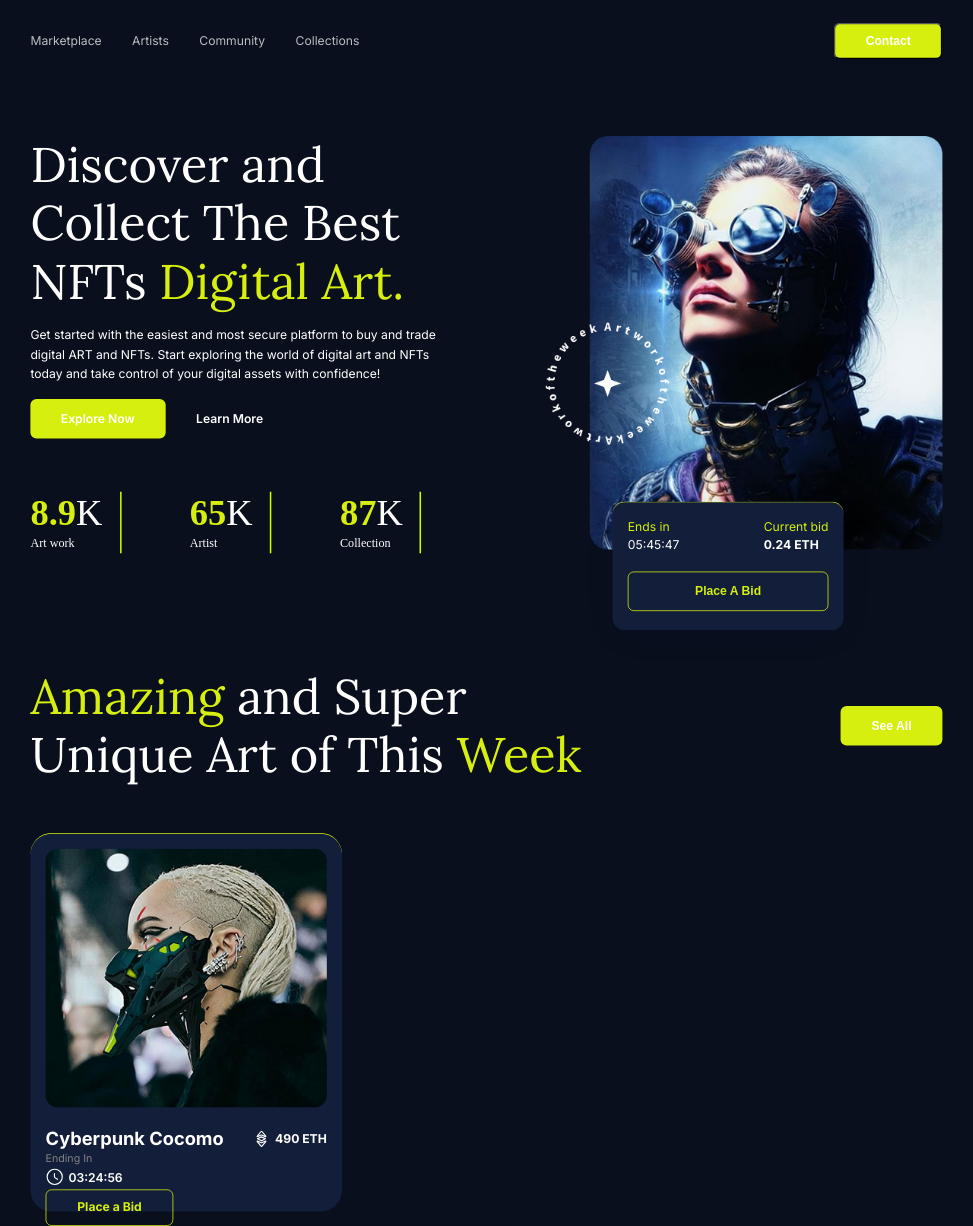
Repository: Kamron5505/NftMarketplace
Page: index.html
An editor plug-in stored every save of this project. The page is shown before and after the next save, followed by the edit.
The browser window is 1280 px wide. The pictures show the whole page, at 76% of full size.

Above is the page before, as saved 2025-07-09 14:05:44.

### index.html
<!DOCTYPE html>
<html lang="en">

<head>
    <meta charset="UTF-8">
    <meta name="viewport" content="width=device-width, initial-scale=1.0">
    <title>NFTMarketplace Landing</title>
    <link rel="stylesheet" href="./style.css">
    <link
        href="https://fonts.googleapis.com/css2?family=Inter:wght@400;600;700&family=Source+Sans+Pro:wght@400;600;700&family=Lora:wght@400;700&display=swap"
        rel="stylesheet">

</head>

<body>
    <header class="header">
        <div class="container">
            <nav class="nav">
                <ul class="nav-list">
                    <li class="nav-item"><a href="#" class="nav-link">Marketplace</a></li>
                    <li class="nav-item"><a href="#" class="nav-link">Artists</a></li>
                    <li class="nav-item"><a href="#" class="nav-link">Community</a></li>
                    <li class="nav-item"><a href="#" class="nav-link">Collections</a></li>
                </ul>
                <button class="header-contact-btn">Contact</button>
            </nav>
        </div>
    </header>
    <main class="main">
        <section class="nft-section">
            <div class="container">
                <div class="nft-wrapper">
                    <div class="content-left">
                        <h1 class="title">
                            Discover and <br>
                            Collect The Best <br>
                            NFTs <span class="highlight"> Digital Art.</span>
                        </h1>

                        <p class="description">
                            Get started with the easiest and most secure platform to buy and trade digital ART and NFTs.
                            Start exploring the world of digital art and NFTs today and take control of your digital
                            assets with confidence!
                        </p>

                        <div class="buttons">
                            <a href="#" class="btn btn-primary">Explore Now</a>
                            <a href="#" class="btn btn-secondary">Learn More</a>
                        </div>

                        <div class="stats">
                            <div class="stat">
                                <div class="number">8.9<span class="note">K</span></div>
                                <div class="label">Art work</div>
                            </div>
                            <div class="stat">
                                <div class="number">65<span class="note">K</span></div>
                                <div class="label">Artist</div>
                            </div>
                            <div class="stat">
                                <div class="number">87<span class="note">K</span></div>
                                <div class="label">Collection</div>
                            </div>
                        </div>
                    </div>
                    <div class="content-right">
                        <div class="header-image">
                            <img src="./images/main-header-img.png" alt="NFT Image" class="hero-image">
                            <img src="./images/circle.png" alt="" class="circle-image">
                        </div>
                        <div class="nft-card">
                            <div class="nft-card__info">
                                <div class="nft-card__timer">
                                    <span class="value ">Ends in</span>
                                    <span class="nft-note">05:45:47</span>
                                </div>
                                <div class="nft-card__bid">
                                    <span class="value ">Current bid</span>
                                    <span class="nft-card__note">0.24 ETH</span>
                                </div>
                                <button href="#" class="nft-card__btn nft-card__btn--bid">Place A Bid</button>
                            </div>
                        </div>
                    </div>
                </div>
            </div>
        </section>
        <section class="art-section">
            <div class="container">
                <div class="art-section__header">
                    <h2 class="art-section__title">
                        <span class="text-highlight">Amazing</span>
                        and Super <br>
                        Unique Art of This
                        <span class="text-highlight">Week</span>
                    </h2>
                    <button href="#" class="art-section__btn-view-all">See All</button>
                </div>
                <div class="art-section__cards">
                    <div class="art-card">
                        <img src="./images/Cyberpunk Cocomo 490ETH.png" alt="Cyberpunk Cocomo"
                            class="art-card__image" />
                        <div class="art-card-name">
                            <h3 class="art-card__title">Cyberpunk Cocomo</h3>

                            <div class="art-card-price-wrapper">
                                <svg width="24" height="25" viewBox="0 0 24 25" fill="none"
                                    xmlns="http://www.w3.org/2000/svg">
                                    <path
                                        d="M6.90001 9.6L11.7 7.5C11.9 7.4 12.1 7.4 12.4 7.5L17.2 9.6C17.6 9.8 18 9.3 17.7 8.9L12.7 2.8C12.4 2.4 11.8 2.4 11.5 2.8L6.50001 8.9C6.10001 9.3 6.50001 9.8 6.90001 9.6Z"
                                        stroke="white" stroke-width="1.5" stroke-miterlimit="10" stroke-linecap="round"
                                        stroke-linejoin="round" />
                                    <path
                                        d="M6.90001 15.4L11.7 17.5C11.9 17.6 12.1 17.6 12.4 17.5L17.2 15.4C17.6 15.2 18 15.7 17.7 16.1L12.7 22.2C12.4 22.6 11.8 22.6 11.5 22.2L6.50001 16.1C6.10001 15.7 6.50001 15.2 6.90001 15.4Z"
                                        stroke="white" stroke-width="1.5" stroke-miterlimit="10" stroke-linecap="round"
                                        stroke-linejoin="round" />
                                    <path d="M12 9.90002L6.79999 12.5L12 15.1L17.2 12.5L12 9.90002Z" stroke="white"
                                        stroke-width="1.5" stroke-miterlimit="10" stroke-linecap="round"
                                        stroke-linejoin="round" />
                                </svg>
                                <p class="art-card__price">490 ETH</p>
                            </div>
                        </div>

                        <div class="art-card__info">
                            <div class="art-card__time">
                                <p class="art-card__time__ending">Ending In</p>
                                <div class="art-card__time-value">
                                    <i class="icon-clock">
                                        <svg width="24" height="25" viewBox="0 0 24 25" fill="none"
                                            xmlns="http://www.w3.org/2000/svg">
                                            <path
                                                d="M22 12.5C22 18.02 17.52 22.5 12 22.5C6.48 22.5 2 18.02 2 12.5C2 6.98 6.48 2.5 12 2.5C17.52 2.5 22 6.98 22 12.5Z"
                                                stroke="white" stroke-width="1.5" stroke-linecap="round"
                                                stroke-linejoin="round" />
                                            <path
                                                d="M15.71 15.68L12.61 13.83C12.07 13.51 11.63 12.74 11.63 12.11V8.01001"
                                                stroke="white" stroke-width="1.5" stroke-linecap="round"
                                                stroke-linejoin="round" />
                                        </svg>
                                    </i>
                                    <span>03:24:56</span>
                                </div>
                                <button href="#" class="art-card__btn-bid">Place a Bid</button>
                            </div>
                        </div>

                    </div>
                </div>

            </div>
        </section>
    </main>
</body>

</html>

### style.css
* {
    margin: 0;
    padding: 0;
    text-decoration: none;
    list-style: none;
    box-sizing: border-box;
}


body {
    background: #090f1d;
    color: #fffffd;
}

:root {
    --font-family: "Inter", sans-serif;
    --second-family: "Source Sans Pro", sans-serif;
    --third-family: "Lora", serif;
}

h1,
h2,
h3,
h4,
h5,
h6 {
    font-family: "Lora", serif;
    font-weight: 500;
    font-size: 64px;
    line-height: 120%;
    color: #fffffd;
}

.highlight {
    color: #d6ef0e;
}

.header {
    margin-top: 30px;
    font-family: "Inter", sans-serif;
}

.container {
    width: 1200px;
    margin: 0 auto;
}

.nav {
    display: flex;
    align-items: center;
    justify-content: space-between;
}

.nav-list {
    display: flex;
    gap: 40px;
}

.nav-link {
    font-weight: 400;
    font-size: 16px;
    line-height: 160%;
    color: rgba(255, 255, 253, 0.72);
}

.nav-link:hover {
    border-bottom: 1px solid #d6ef0e;
    width: 94px;
    height: 26px;
    transition: all 0.3s ease;
}

.header-contact-btn {
    background: #d6ef0e;
    border-radius: 8px;
    padding: 12px 40px;
    width: 143px;
    height: 48px;
    font-weight: 700;
    font-size: 16px;
    line-height: 120%;
    color: #fff;
}

.nft-section {
    margin-top: 100px;
}

.nft-wrapper {
    display: flex;
    align-items: center;
    justify-content: space-between;
}

.description {
    font-family: "Inter", sans-serif;
    font-weight: 400;
    font-size: 16px;
    width: 544px;
    line-height: 160%;
    color: #fffffd;
    margin-top: 20px;
}

.buttons {
    display: flex;
    gap: 40px;
    align-items: center;
    margin-top: 20px;
}

.btn {
    font-family: "Inter", sans-serif;
    font-weight: 600;
    font-size: 16px;
    color: #fff;
}

.btn-primary {
    display: flex;
    align-items: center;
    line-height: 120%;
    border-radius: 8px;
    padding: 12px 40px;
    width: 178px;
    height: 52px;
    background: #d6ef0e;
}

.stats {
    display: flex;
    gap: 90px;
    margin-top: 70px;
    color: white;
}

.stat {
    display: flex;
    flex-direction: column;
    position: relative;
    padding-right: 25px;
}

.stat::after {
    content: "";
    position: absolute;
    top: 0;
    bottom: 0;
    right: 0;
    width: 2px;
    background-color: #ccff00;
}

.stat:last-child {
    padding-right: 24px;
}

.number {
    font-family: ;
    font-size: 48px;
    font-weight: bold;
    color: #d6ef0e;
}

.note {
    font-weight: normal;
    color: white;
}

@keyframes spin {
    from {
        transform: rotate(0deg);
    }

    to {
        transform: rotate(360deg);
    }
}

.circle-image {
    position: absolute;
    right: 355px;
    top: 240px;
    animation: spin 20s linear infinite;
}

.label {
    font-weight: 400;
    font-size: 16px;
    line-height: 160%;
    color: white;
}

.header-image {
    position: relative;
}

.circle-image {
    position: absolute;
    right: 355px;
    top: 240px;
}

.nft-card {
    position: absolute;
    top: 660px;
    right: 170px;
    border-top: 1px solid #d6ef0e;
    border-radius: 16px;
    padding: 20px;
    width: 304px;
    height: 169px;
    box-shadow: 0 9px 50px 0 rgba(23, 36, 65, 0.04);
    background: #131e3a;
}

.nft-card__info {
    display: flex;
    flex-wrap: wrap;
    justify-content: space-between;
    font-family: "Inter", sans-serif;

}

.nft-card__timer,
.nft-card__bid {
    display: flex;
    flex-direction: column;
}

.value {
    font-weight: 400;
    font-size: 16px;
    line-height: 160%;
    color: #d6ef0e;
}

.nft-card__note {
    font-weight: 700;
    font-size: 16px;
    line-height: 120%;
    color: #fffffd;
}

.nft-card__btn {
    border: 1px solid #d6ef0e;
    border-radius: 8px;
    padding: 12px 40px;
    width: 264px;
    background: transparent;
    height: 52px;
    margin-top: 25px;
    font-weight: 700;
    font-size: 16px;
    line-height: 120%;
    color: #d6ef0e;
}

.art-section {
    margin-top: 150px;
    font-family: "Inter", sans-serif;

}

.art-section__header {
    display: flex;
    justify-content: space-between;
    align-items: center;
}


.text-highlight {
    color: #d6ef0e;

}

.art-section__btn-view-all {
    font-weight: 700;
    font-size: 16px;
    line-height: 120%;
    color: #fff;
    border-radius: 8px;
    padding: 12px 40px;
    width: 134px;
    height: 52px;
    background: #d6ef0e;
    border: none;
}

.art-section__cards {
    margin-top: 65px;
}

.art-card-price-wrapper {
    display: flex;
    align-items: center;
    gap: 6px;
}

.art-card {
    border-top: 1px solid #d6ef0e;
    border-radius: 28px;
    padding: 20px;
    width: 410px;
    height: 498px;
    background: #131e3a;
}

.art-card__time__ending {
    font-weight: 400;
    font-size: 14px;
    line-height: 160%;
    color: #838382;
}

.art-card__time-value {
    display: flex;
    align-items: center;
    gap: 6px;
    /* или 0, если без отступа */
}

.art-card__time-value span {
    font-family: "Inter", sans-serif;
    font-size: 16px;
    padding-bottom: 3px;
    font-weight: 600;
    color: #fffffd;
}

.art-card__image {}

.art-card-name {
    display: flex;
    align-items: center;
    justify-content: space-between;
    padding-top: 23px;

}

.art-card__title {
    font-family: "Inter", sans-serif;
    font-weight: 700;
    font-size: 24px;
    line-height: 120%;
    color: #fffffd;
}

.art-card__info {}

.art-card__time {}


.art-card__price {
    font-family: "Inter", sans-serif;
    font-weight: 700;
    font-size: 16px;
    line-height: 120%;
    color: #fffffd;
}

.art-card__btn-bid {
    font-family: "Inter", sans-serif;
    border: 1px solid #d6ef0e;
    background: transparent;
    border-radius: 8px;
    padding: 12px 40px;
    width: 168px;
    height: 48px;
    font-weight: 700;
    font-size: 16px;
    line-height: 120%;
    color: #d6ef0e;
}

After the next save:
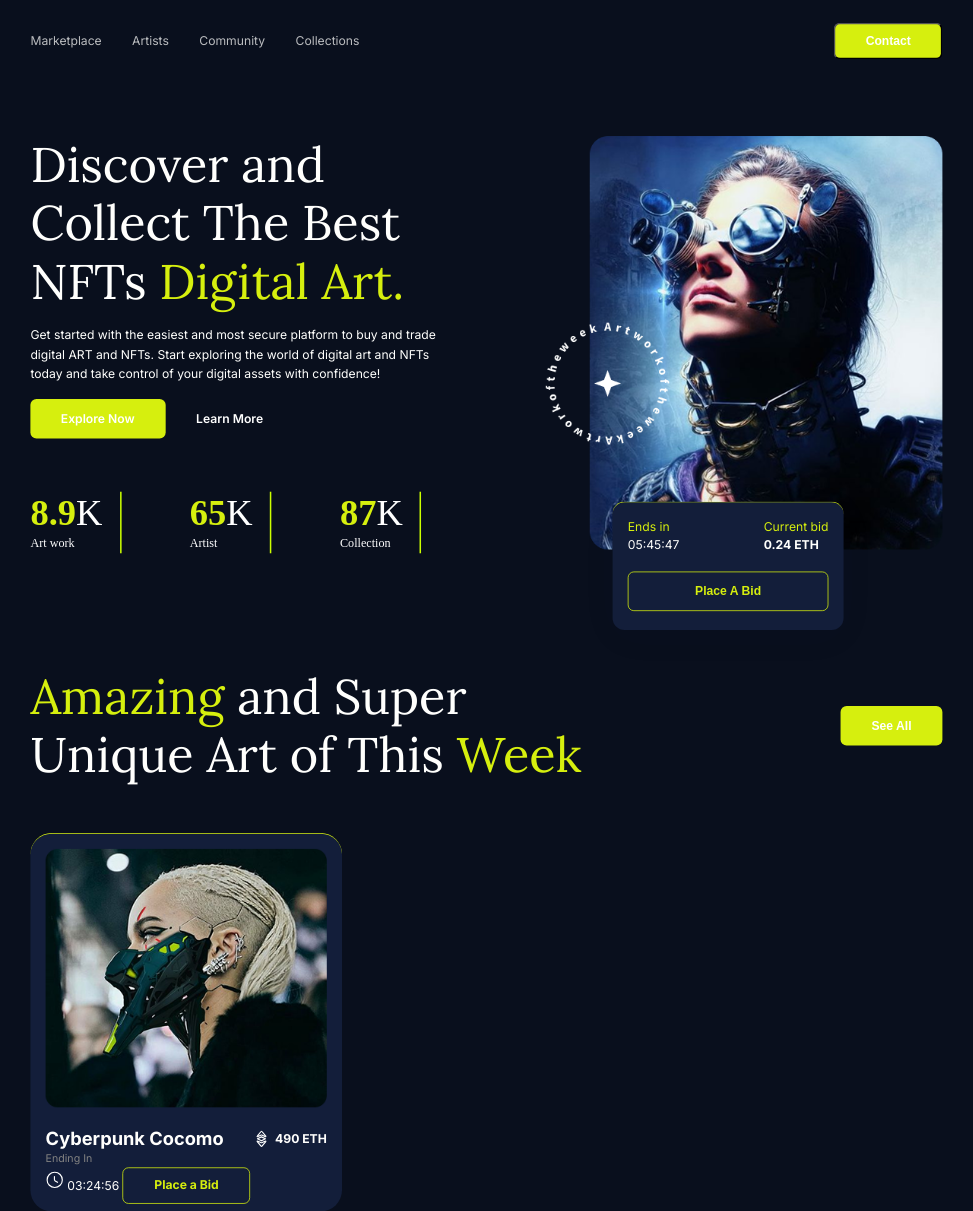
Saved 62 s later.
--- a/index.html
+++ b/index.html
@@ -125,7 +125,7 @@
                         <div class="art-card__info">
                             <div class="art-card__time">
                                 <p class="art-card__time__ending">Ending In</p>
-                                <div class="art-card__time-value">
+                                <div class="art-card__time-row">
                                     <i class="icon-clock">
                                         <svg width="24" height="25" viewBox="0 0 24 25" fill="none"
                                             xmlns="http://www.w3.org/2000/svg">
@@ -140,10 +140,11 @@
                                         </svg>
                                     </i>
                                     <span>03:24:56</span>
+                                    <button class="art-card__btn-bid">Place a Bid</button>
                                 </div>
-                                <button href="#" class="art-card__btn-bid">Place a Bid</button>
                             </div>
                         </div>
+
 
                     </div>
                 </div>
